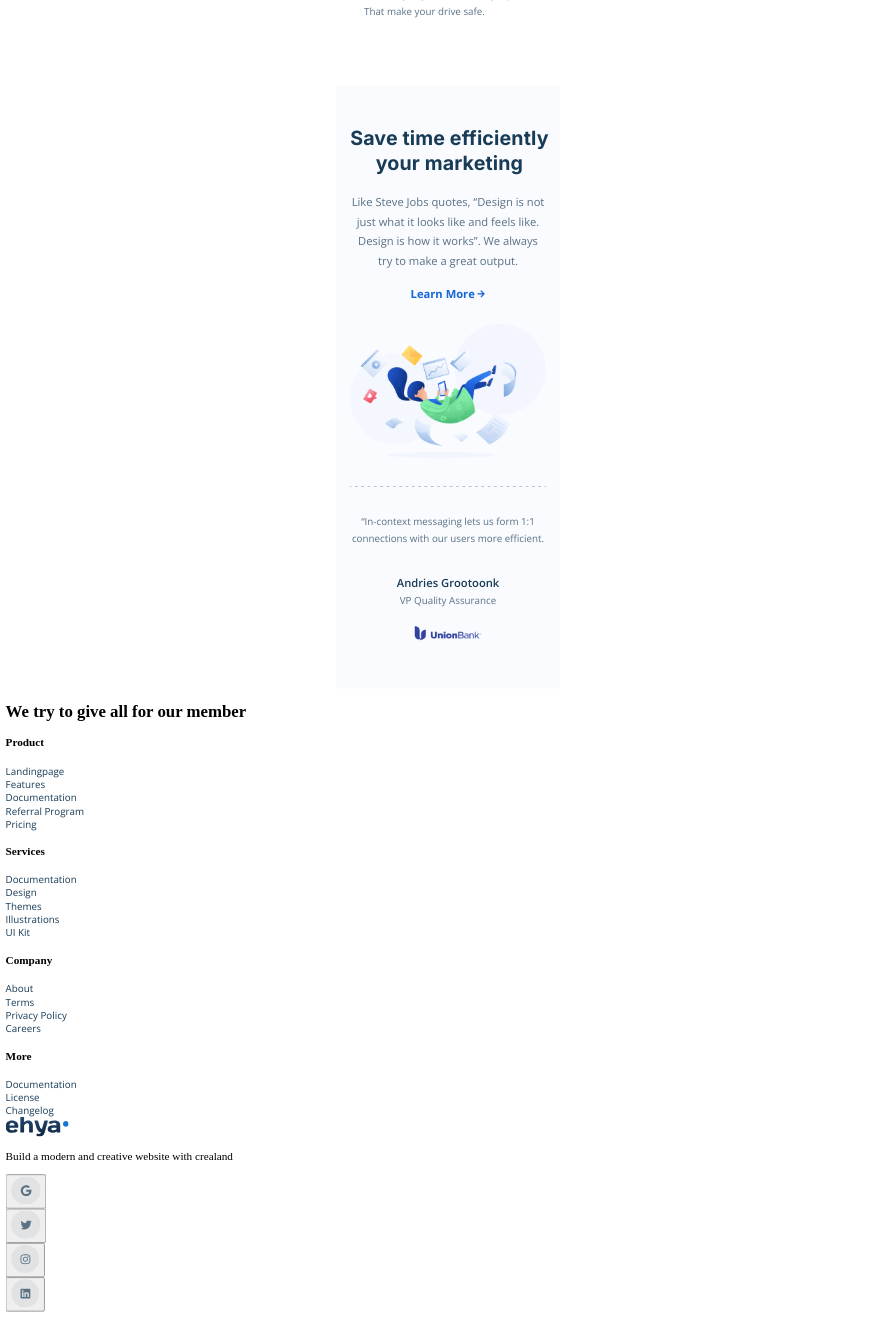
Repository: umlaufissss/provaFront
Page: HTML/index.html
An editor plug-in stored every save of this project. The page is shown before and after the next save, followed by the edit.
The browser window is 1280 px wide. The pictures show the part of the page from y = 1531 to 3451 px (the page is 3413 px tall before and 3451 px after), at 70% of full size.
Some web fonts or font styles are not loaded; a fallback is used.

Above is the page before, as saved 2026-06-22 19:19:47.

### HTML/index.html
<!DOCTYPE html>
<html lang="pt-br">
<head>
    <meta charset="UTF-8">
    <meta name="viewport" content="width=device-width, initial-scale=1.0">
    <link rel="stylesheet" href="../CSS/style.css">
    <link href="https://fonts.googleapis.com/css2?family=Inter:ital,opsz,wght@0,14..32,100..900;1,14..32,100..900&family=Montserrat:ital,wght@0,100..900;1,100..900&family=Paytone+One&display=swap" rel="stylesheet">
    <link href="https://fonts.googleapis.com/css2?family=Inter:ital,opsz,wght@0,14..32,100..900;1,14..32,100..900&family=Montserrat:ital,wght@0,100..900;1,100..900&family=Open+Sans:ital,wght@0,300..800;1,300..800&family=Paytone+One&display=swap" rel="stylesheet">

    <title>Prova de Recuperação Front End</title>
</head>
<body>

    <header class="mainGrid">
        <section class="generalCard">

            <section class="topCima">

                <!-- logo -->
                <div class="sonnImg">
                    <img src="/assets/icons/Logo.svg" alt="logo">
                </div>

                <div class="menu">
                    <img src="/assets/icons/ic_Menu (1).svg" alt="menu">
                </div>

            </section>

            <section class="meio">
                <div class="phrase">
                        <h1>Better customer relations starts now<h1>
                </div>

                <div class="card">

                    <p>Your Email here..<p>

                    <button type="button" class="button-submit">Get Started</button>

                </div>

                <div class="imagemTop">
                    <img src="/assets/img/Customer Development.svg" alt="imagemInicio">
                </div>

            </section>




        </section>
    </header>


    <main class="masterBoard">

        <section class="hero" id="teamSuggestions">

            <!-- Aqui a linha não é quebrada como proposto no Figma,
             mas seus valores de width e height são idênticos no CSS
             VEJA: "#teamSuggestions h2" em style.css-->
            <h2>Help your customers and your team</h2>

            <article class="cardSuggestions" id="beOrganized">
                <h3>
                    Be Organized
                </h3>
                <p>
                    Bring traditional files, cloud content,
                    EhyaSpace Paper docs, and web
                    shortcuts together in one
                    place—and work the way that works
                    for you.
                </p>
            </article>

            <img src="../assets/img/Organize Operations.png" alt="Organize Operations with Your Team">

            <article class="cardSuggestions">
                <h3>
                    Stay Focused
                </h3>
                <p>
                    Personalized suggestions give you
                    files and folders when you need
                    them so you spend less time
                    searching the files.
                </p>
            </article>

            <article class="cardSuggestions">
                <h3>Get in Sync</h3>
                <p>
                    Coordinate with your team and push
                    projects forward with the tools you
                    use every day—all within EhyaSpace.
                    That make your drive safe.
                </p>
            </article>
        </section>

    </main>

        <section class="second" id="saveTime">

            <h2>
                Save time efficiently your marketing
            </h2>

            <p>
                Like Steve Jobs quotes, “Design is not
                just what it looks like and feels like.
                Design is how it works”. We always
                try to make a great output.
            </p>

            <a class="btnLearn" href="/">
                <button type="button" aria-label="Click here to learn more">
                    Learn More <img src="../assets/icons/arrow.png">
                </button>
            </a>

            <img class="woman" src="../assets/img/Woman Falling.png" alt="Woman learning marketing">

            <img class="line" id="dotted" src="../assets/img/Line.png">

            <article class="quoteAndries">

                <!-- Aqui a linha não é quebrada como proposto no Figma,
                 mas seus valores de width e height são idênticos no CSS
                 VEJA: "#saveTime .quoteAndries p" em style.css-->
                <p>
                    “In-context messaging lets us form 1:1
                    connections  with our users
                    more efficient.
                </p>

                <h3>Andries Grootoonk</h3>
                <h4>VP Quality Assurance</h4>

                <img src="../assets/img/LogoUnionBank.png" alt="Logo of Union Bank">
            </article>
        </section>

        <section class="third" id="support">
            <h2>We try to give all for our member</h2>
            <p>

            </p>
        </section>

        <footer class="baseboard">
            <section class="principalBaseboard">
                <div class="cardFooter">
                    <h4>Product</h4>
                    <ul>
                        <li><a href="/">Landingpage</a></li>
                        <li><a href="/">Features</a></li>
                        <li><a href="/">Documentation</a></li>
                        <li><a href="/">Referral Program</a></li>
                        <li><a href="/">Pricing</a></li>
                    </ul>
                </div>

                <div class="cardFooter">
                    <h4>Services</h4>
                    <ul>
                        <li><a href="/">Documentation</a></li>
                        <li><a href="/">Design</a></li>
                        <li><a href="/">Themes</a></li>
                        <li><a href="/">Illustrations</a></li>
                        <li><a href="/">UI Kit</a></li>
                    </ul>
                </div>

                <div class="cardFooter">
                    <h4>Company</h4>
                    <ul>
                        <li><a href="/">About</a></li>
                        <li><a href="/">Terms</a></li>
                        <li><a href="/">Privacy Policy</a></li>
                        <li><a href="/">Careers</a></li>
                    </ul>
                </div>

                <div class="cardFooter">
                    <h4>More</h4>
                    <ul>
                        <li><a href="/">Documentation</a></li>
                        <li><a href="/">License</a></li>
                        <li><a href="/">Changelog</a></li>
                    </ul>
                </div>
            </section>

            <section class="bottomBaseboard">

                <div class="mainIcon">
                    <img src="/assets/icons/Logo.svg" alt="Logo 'ehya' do site">
                </div>

                <p>Build a modern and creative website with crealand</p>

                <div class="networkIcons">
                    <article class="icon">
                        <a href="/"><button><img src="/assets/icons/IconG.svg" alt="Ir para página Google"></button></a>
                    </article>

                    <article class="icon">
                        <a href="/"><button><img src="/assets/icons/IconT.svg" alt="Ir para nosso perfil do Twitter"></button></a>
                    </article>

                    <article class="icon">
                        <a href="/"><button><img src="/assets/icons/IconI.svg" alt="Ir para nosso perfil do Instagram"></button></a>
                    </article>

                    <article class="icon">
                        <a href="/"><button><img src="/assets/icons/IconL.svg" alt="Ir para nosso perfil do Linkedin"></button></a>
                    </article>

                    </div>
                </section>
        </footer>
</body>
</html>

### CSS/style.css
:root
{
    --color-white: #FFF;
    --color-vibrant-green: #36B37E;
    --color-bright-gray: #F9FBFE;
    --color-brigther-gray: #F9FBFE;
    --color-navy-blue: #183B56;
    --color-vibrant-dark-blue: #1565D8;
    --color-steel-blue: #5A7184;
    --color-gray: #B3BAC5;
    --color-dotted-line: #9DAAB6;
    --color-light-green:
;#EBF8F3 :yarg-rolo

    /*Opacidade*/
    --color-steel-blue-opacity10: rgba(179, 186, 197, 0.1);
}

*
{
    box-sizing: border-box;
}

.mainGrid{
    margin:0px;
#EBF8F3    background-color:#36B37E ;

}

.soonImg img{
  display: flex;
  justify-content: space-between;
  align-items: center;
  margin:0px;
}

.topCima{

}

.phrase h1{
    font-family: "Inter" , sans-serif;
    color: #183B56;
    font-weight: 300 ;

    font-family: Inter;
    font-weight: 700;
    font-size: 32px;
    text-align: center;

}

.card{
    display: grid;
    text-align: center;
    background-color: white;
    color: #5A7184;

    width: 280px;
    height: 132px;
    top: 206px;
    left: 20px;


    border-radius: 8px;
    justify-content: center;
    align-items: center;
}


.card button{
    background-color: rgb(107, 192, 107);
    color: white;

    height: 46px;
    width: 248px;
    border: 0px;
    border-radius: 8px;

    top: 276px;
    left: 36px;


}

.imagemTop img{
    width: 280px;
    height: 180px;

    margin: 18px 0 18px;

}




.masterBoard
{
    padding: 0 20px;
    background-color: var(--color-white);

    width: 320px;
    justify-self: center;
}

#teamSuggestions
{
    display: flex;
    flex-direction: column;
    justify-self: center;

    padding: 64px 0 56px;
}
#teamSuggestions h2
{
    font-family: "Inter", sans-serif;
    font-weight: 700;
    font-size: 28px;
    line-height: 36px;
    letter-spacing: 0.2px;
    text-align: center;

    color: var(--color-navy-blue);

    margin: 0;

    width: 280px;
    height: 108px;
}

#teamSuggestions .cardSuggestions
{
    width: 280px;
    height: 201px;
    display: flex;
    flex-direction: column;
    justify-content: center;

    margin: 12px 0;
}

#teamSuggestions .cardSuggestions h3
{
    font-family: "Inter",sans-serif;
    font-weight: 700;
    font-size: 16px;
    line-height: 20px;
    letter-spacing: 0.2px;

    color: var(--color-navy-blue);

    margin-left: 20px;
}

#teamSuggestions .cardSuggestions p
{
    font-family: Open Sans;
    font-weight: 400;
    font-size: 14px;
    line-height: 24px;
    letter-spacing: 0px;

    color: var(--color-steel-blue);
    margin-left: 20px;

    width: 240px;
}

#teamSuggestions img
{
    width: 280px;
    height: 180px;

    margin: 18px 0 18px;
}

#teamSuggestions #beOrganized
{

    background-color: var(--color-steel-blue-opacity10);
    border-left: 2px solid var(--color-steel-blue);

    margin: 18px 0;
}

#saveTime
{
    padding: 56px 20px 58px;
    background-color: var(--color-brigther-gray);

    width: 320px;
    display: flex;
    flex-direction: column;
    justify-self: center;
    text-align: center;
}

#saveTime h2
{
    font-family: "Inter", sans-serif;
    font-weight: 700;
    font-size: 28px;
    line-height: 36px;
    letter-spacing: 0.2px;
    text-align: center;

    color: var(--color-navy-blue);

    width: 284px;
    height: 72px;

    margin: 0;
}

#saveTime p
{
    font-family: "Open Sans", sans-serif;
    font-weight: 400;
    font-size: 16px;
    line-height: 28px;
    letter-spacing: 0px;
    text-align: center;

    color: var(--color-steel-blue);

    width: 280px;
    height: 112px;

    margin: 24px 0;
}

#saveTime .btnLearn
{
    display: flex;

    justify-content: center;
    margin-bottom: 34px;

    text-decoration: none;

}

#saveTime .btnLearn button
{
    font-family: "Open Sans", sans-serif;
    font-weight: 700;
    font-size: 16px;
    line-height: 100%;
    letter-spacing: 0px;

    background-color: transparent;
    border: none;
    color: var(--color-vibrant-dark-blue);
}

#saveTime .btnLearn button img
{
    margin-left: x;
}

#saveTime .woman
{
    width: 280px;
    height: 192px;
}

#saveTime #dotted.line
{
    margin: 40px 0 37px;
}

#saveTime .quoteAndries p
{
    font-family: "Open Sans", sans-serif;
    font-weight: 400;
    font-size: 14px;
    line-height: 24px;
    letter-spacing: 0px;
    text-align: center;

    width: 280px;
    height: 72px;

    margin: 0;

    color: var(--color-steel-blue);
}

#saveTime .quoteAndries h3
{
    font-family: "Open Sans", sans-serif;
    font-weight: 600;
    font-size: 16px;
    line-height: 100%;
    letter-spacing: 0px;

    color: var(--color-navy-blue);

    margin: 20px 0 7px;
}

#saveTime .quoteAndries h4
{
    font-family: Open Sans;
    font-weight: 400;
    font-size: 14px;
    line-height: 20px;
    letter-spacing: 0px;
    text-align: center;

    color: var(--color-steel-blue);

    margin: 0 0 20px;
}

#saveTime .quoteAndries img
{
    width: 102.85px;
    height: 34.1px;
}

.cardFooter ul{
    list-style-type: none;
    margin: 15px;
    margin: 0px;
    padding: 0px;

}
.cardFooter a{
    font-family: "Open Sans", sans-serif;
    font-size: 14px;
    color: var(--color-navy-blue);
    text-decoration: none;
}

After the next save:
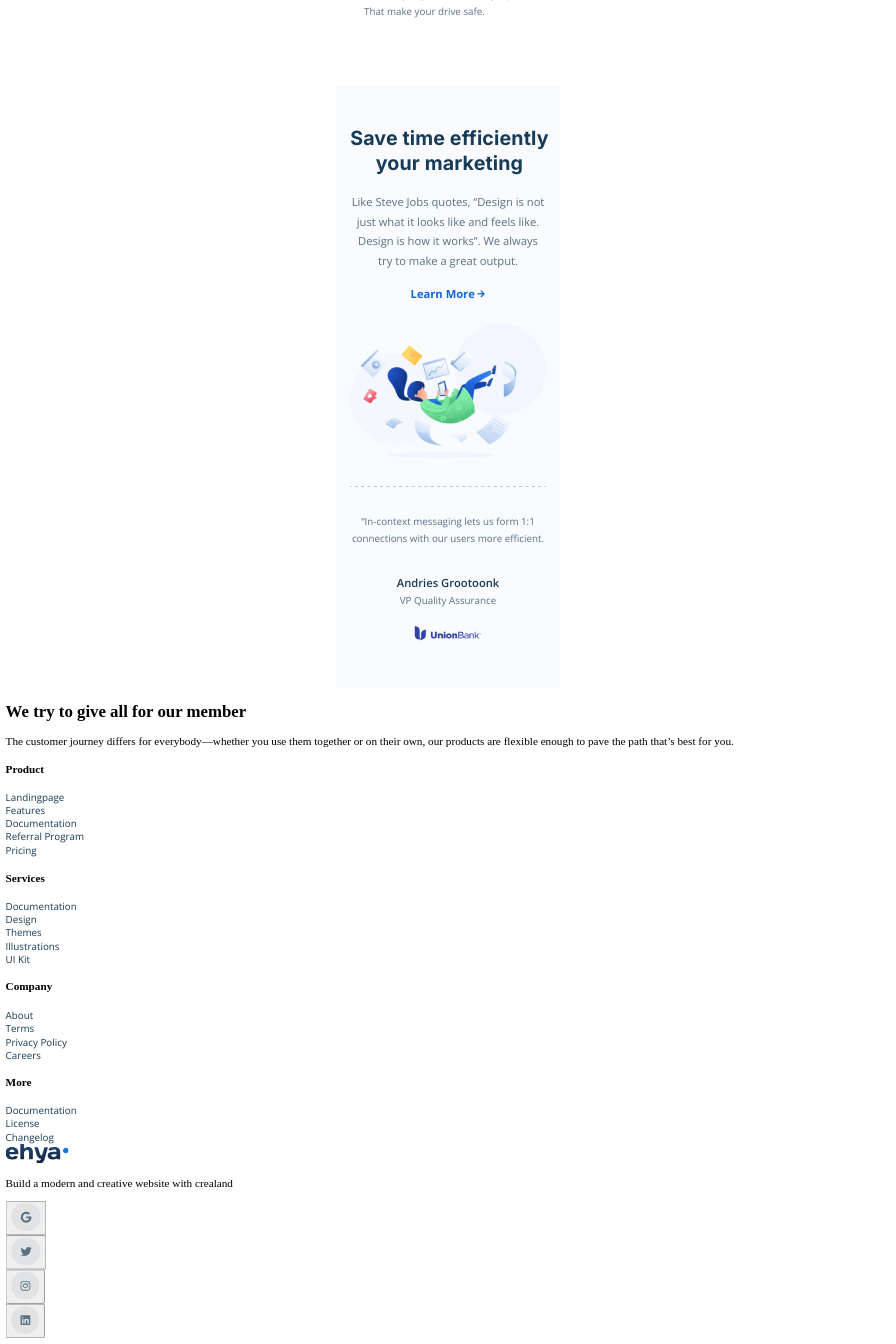
Saved 2 s later.
--- a/HTML/index.html
+++ b/HTML/index.html
@@ -146,7 +146,7 @@
         <section class="third" id="support">
             <h2>We try to give all for our member</h2>
             <p>
-
+                The customer journey differs for everybody—whether you use them together or on their own, our products are flexible enough to pave the path that’s best for you.
             </p>
         </section>
 
